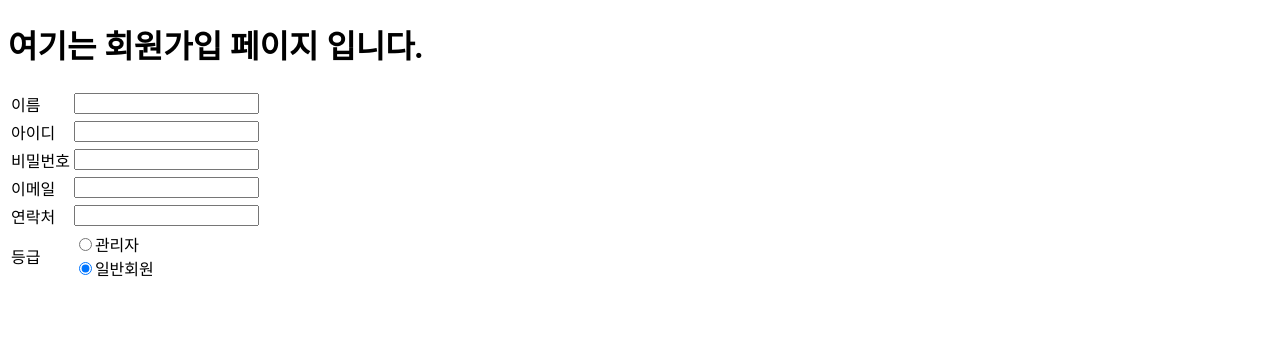
Repository: MySunTY/JSP22
Page: http://localhost/JSP30/join.do
An editor plug-in stored every save of this project. The page is shown before and after the next save, followed by the edit.
The browser window is 1280 px wide. The pictures show the whole page.
The page is served by Tomcat 9.

Above is the page before, as saved 2024-06-20 05:59:57.

After the next save:
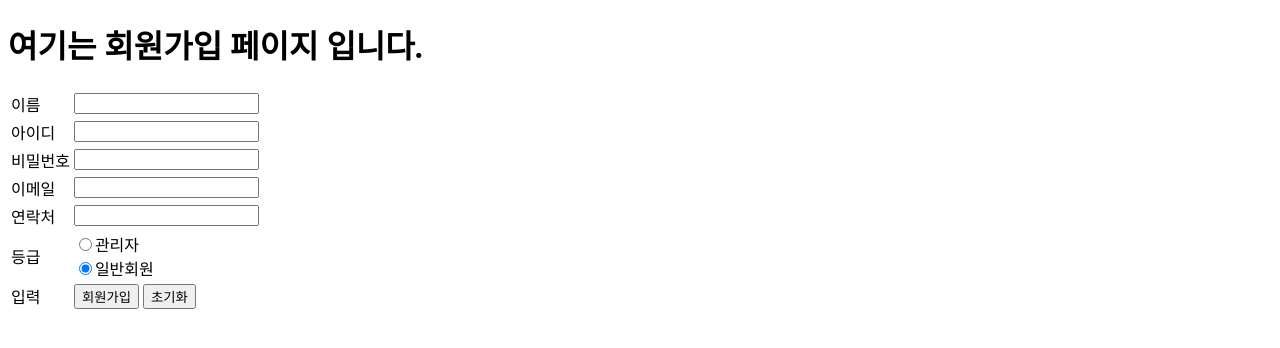
Saved 113 s later.
--- a/JSP30/src/main/webapp/register.jsp
+++ b/JSP30/src/main/webapp/register.jsp
@@ -37,6 +37,13 @@
 						<input type="radio" name="admin" value="0" checked>일반회원
 					</td>
 				</tr>
+				<tr>
+					<td>입력</td>
+						<td>
+							<input type="submit" value="회원가입">
+							<input type="reset" value="초기화">
+						</td>
+				</tr>
 
 			</table>
 		</form>
